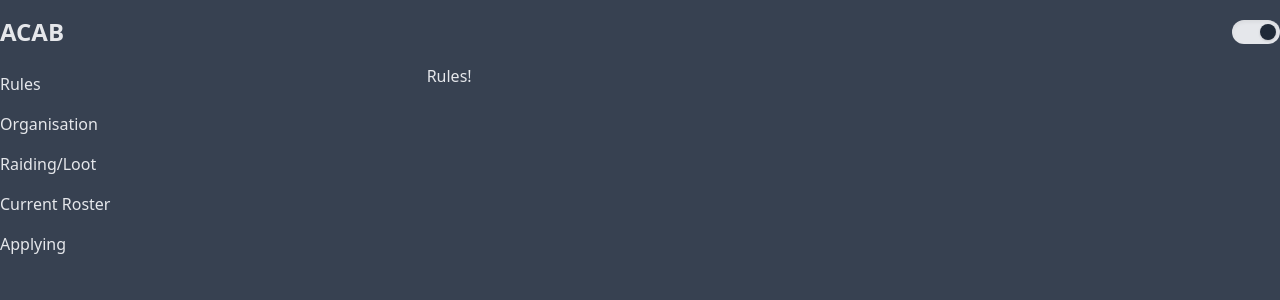
Repository: eaang/catguild_frontend
Page: /rules
The author's editor kept a copy of each file at every save. The page is drawn from the files as they stood at one save, then again after the next save.
The browser window is 1280 px wide. The pictures show the whole page.
The project was rebuilt for these pictures with package versions that can differ from the ones it lists, and the page was loaded fresh each time. The framework's server and built-in components were replaced by stand-ins that run in the browser. Also part of the build but not shown: nuxt.config.js, components/ContentBox.vue, components/ContentEditor.vue, components/ImageBox.vue, components/SidebarMain.vue, components/SidebarSub.vue, components/TheFoooter.vue, components/icons/ChevronDown.vue and 20 more. Imported but missing from the stored project, and not drawn on this page: apollo/queries/categories/category.

Above is the page before, as saved 2021-04-02 19:13:45.

After the next save:
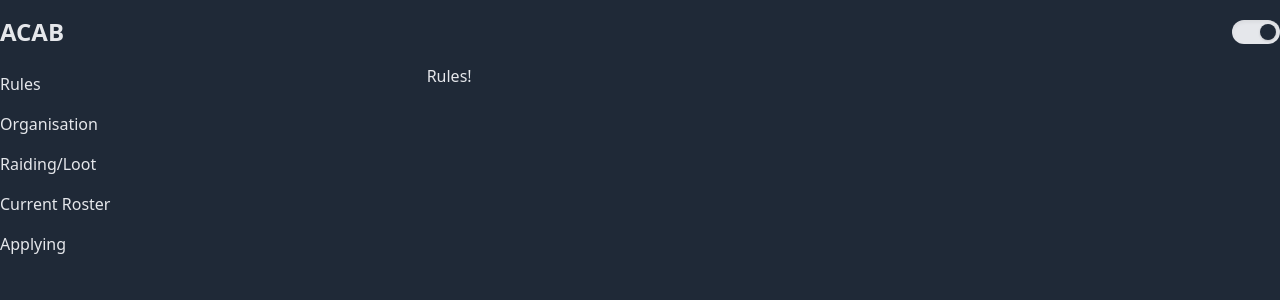
Saved 18 s later.
--- a/layouts/default.vue
+++ b/layouts/default.vue
@@ -1,7 +1,7 @@
 <template>
   <div :class="{ dark: darkTheme }">
     <div
-      class="relative pt-16 h-screen theme bg-gray-200 text-gray-700 dark:bg-gray-700 dark:text-gray-200 transition duration-200"
+      class="relative pt-16 h-screen theme bg-gray-200 text-gray-800 dark:bg-gray-800 dark:text-gray-200 transition duration-200"
     >
       <TheHeader class="absolute inset-x-0 top-0" />
       <div class="container h-full">
